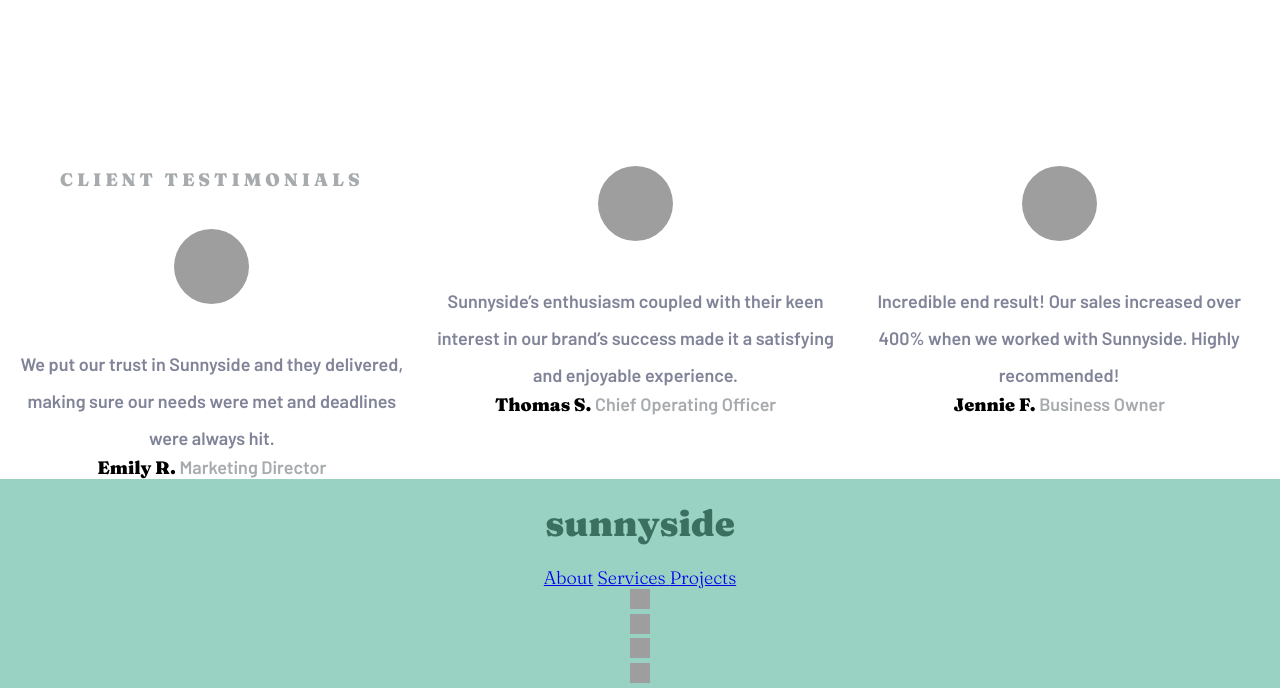
Repository: Roshanell/Sunny-Side-Agency
Page: index.html
An editor plug-in stored every save of this project. The page is shown before and after a run of saves, followed by the edit.
The browser window is 1280 px wide. The pictures show the part of the page from y = 2148 to 2994 px (the page is 2836 px tall before and 2994 px after).
Pictures or frames that could not be fetched are drawn as grey boxes. Some web libraries are served in a nearby version.

Above is the page before, as saved 2022-07-06 13:43:12.

After the next 4 saves:
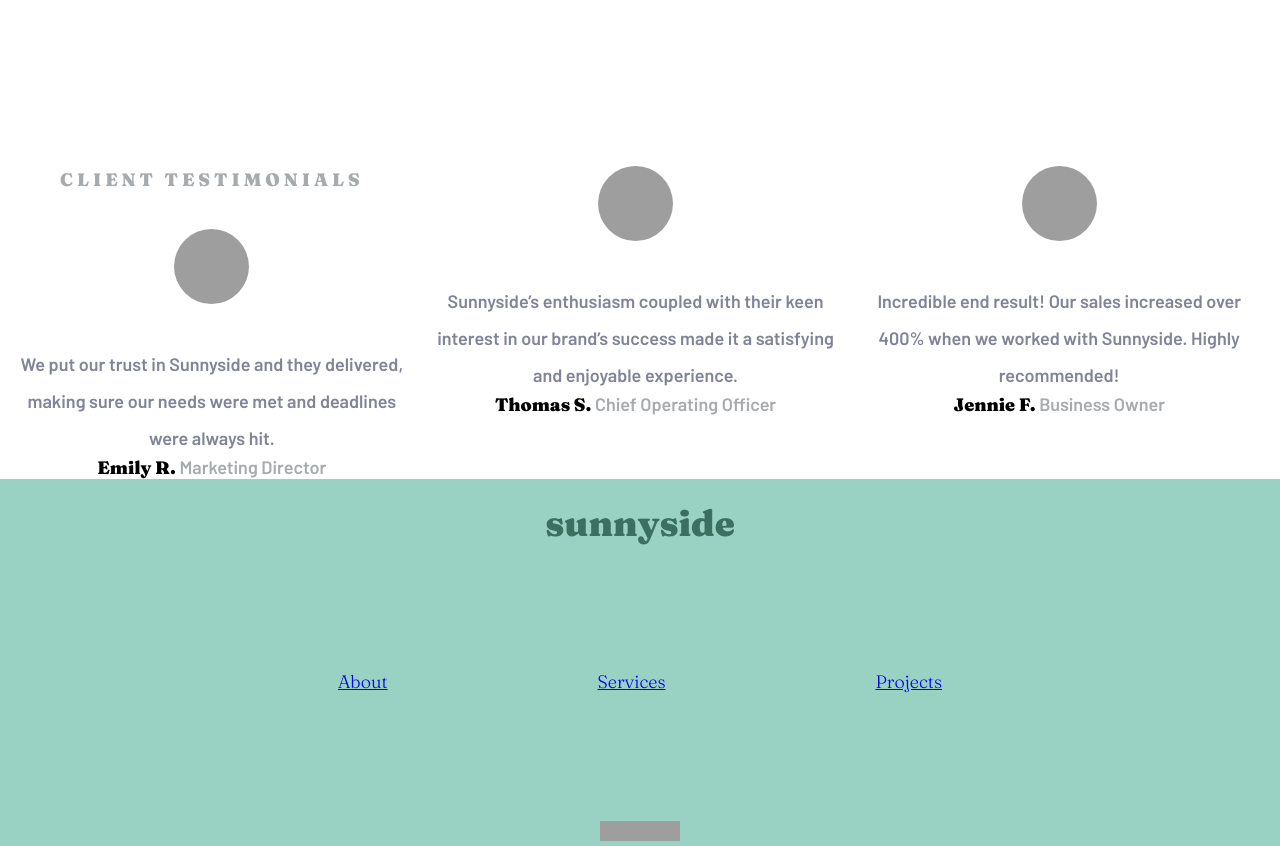
The 4 saves are shown as one change because they came seconds apart.
The last was saved 11 s later.
--- a/css/style.css
+++ b/css/style.css
@@ -358,10 +358,12 @@ span a {
     display: flex;
     text-decoration: none;
   }
-  display: flex;
-  flex-direction: row;
-  justify-content: space-evenly;
-  margin: 10%;
+  .moreInformation {
+    display: flex;
+    flex-direction: row;
+    justify-content: space-evenly;
+    margin: 10%;
+  }
 
   .socialMediaHandles {
     display: flex;
